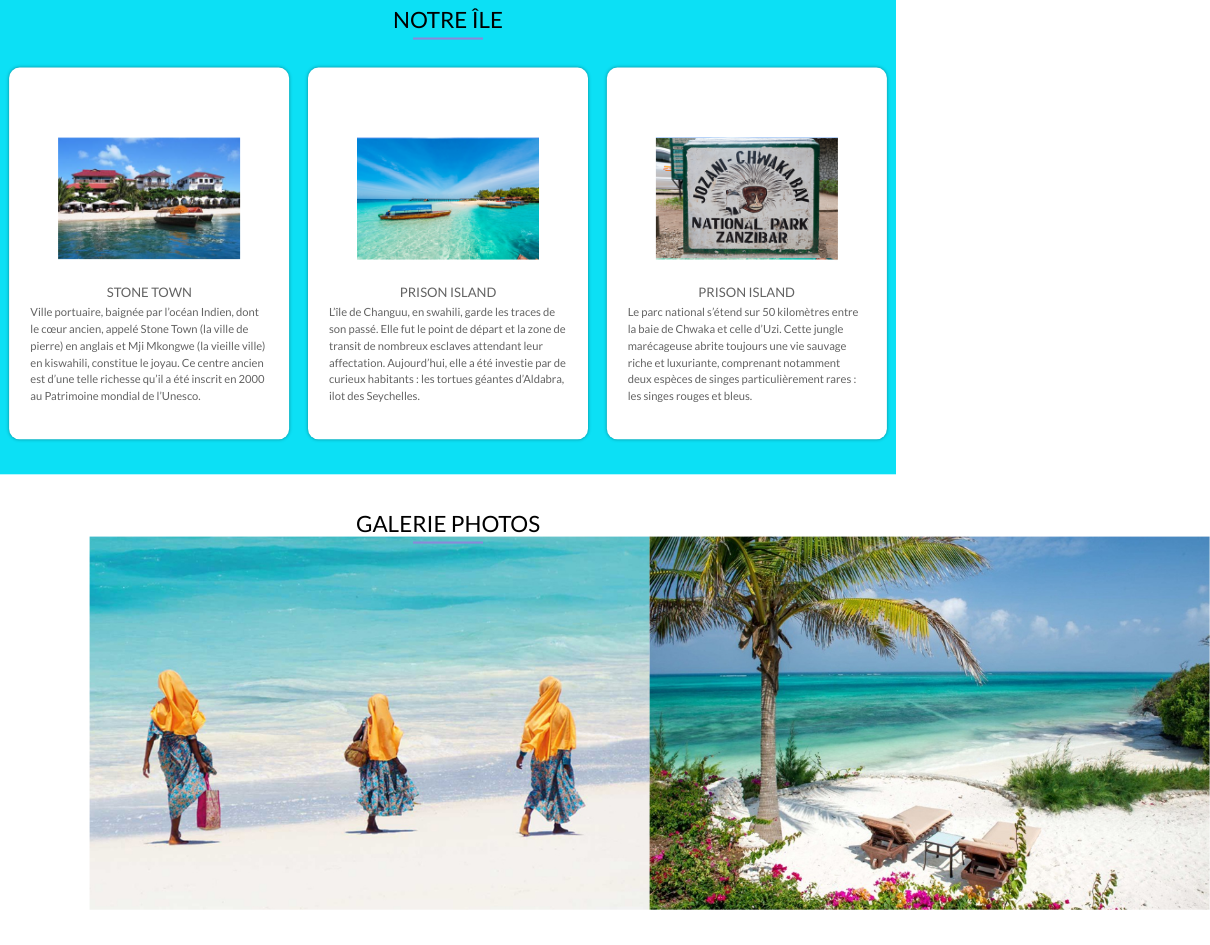
Repository: ypiard85/zanzibar
Page: index.html
These files come from the project's save history. The page is drawn as it stood at one moment and after the next save; the edit follows.
The browser window is 1280 px wide. The page is 1728 px wide, so the pictures cover 1728 px, including what lies to the right of the window. The pictures show the part of the page from y = 1621 to 3021 px (the page is 2971 px tall before and 3021 px after), at 70% of full size.
Some web fonts or font styles are not loaded; a fallback is used.

Above is the page before, as saved 2021-03-01 10:36:50.

After the next save:
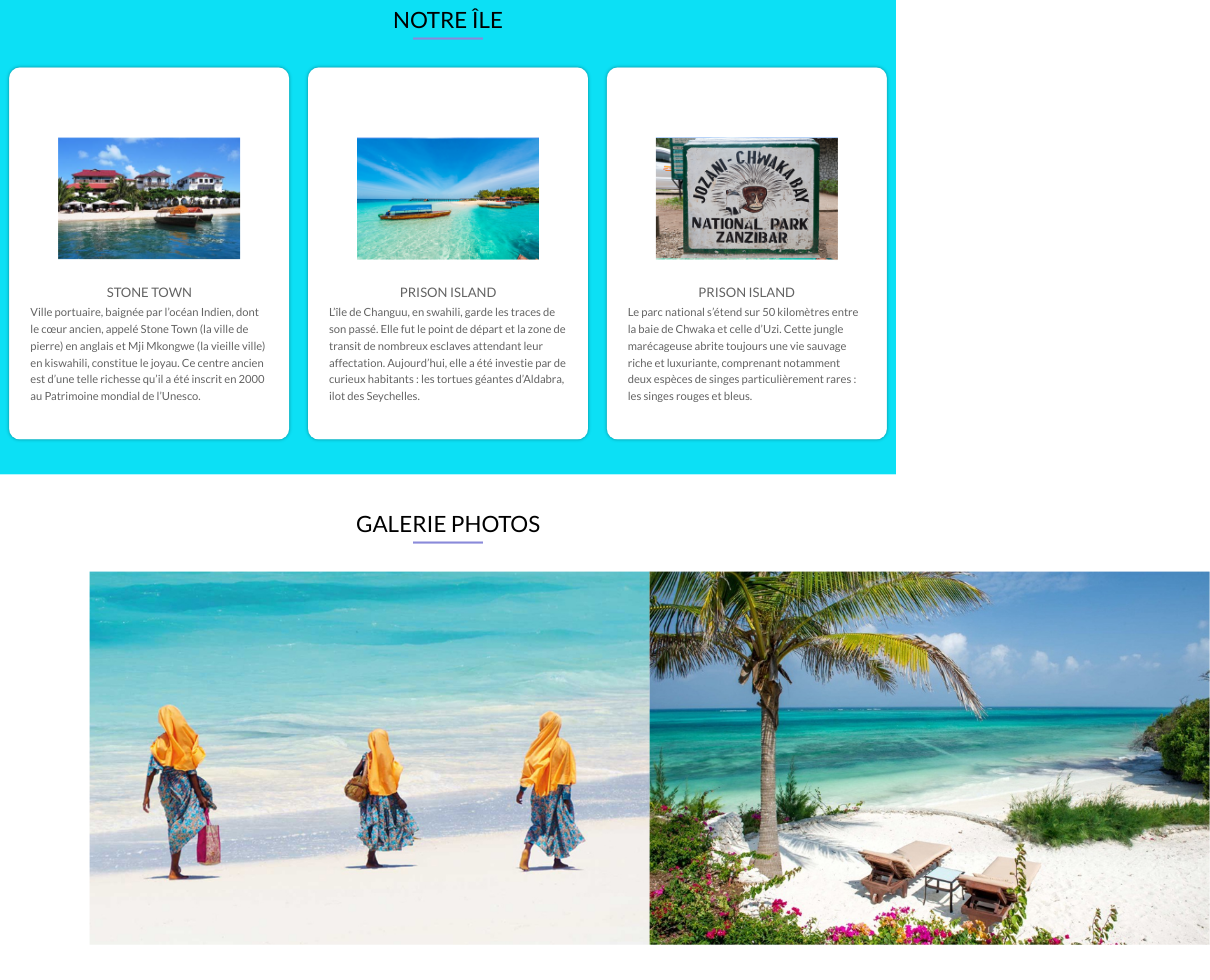
Saved 26 s later.
--- a/style.css
+++ b/style.css
@@ -208,5 +208,6 @@ section .title p {
 
 .container{
     width: 80%;
-    margin: 0 auto;
-}
+    margin:  auto;
+    margin-top: 50px;
+}
